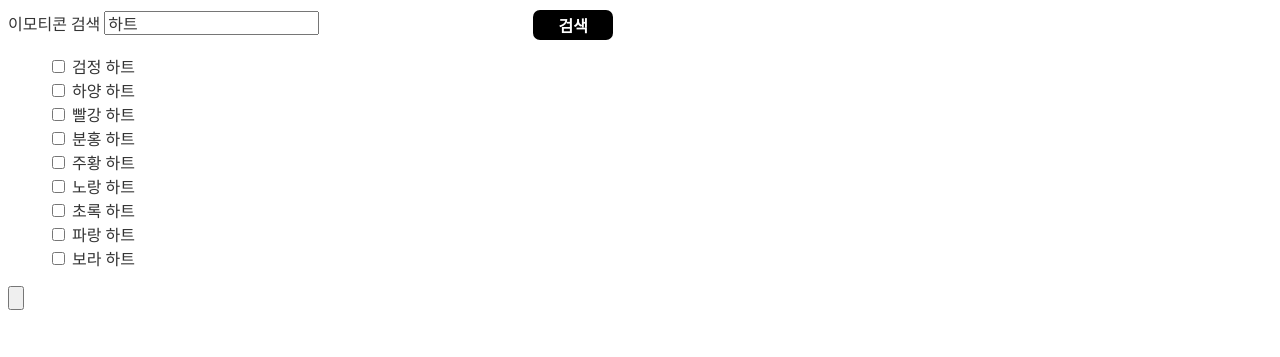
Repository: god5228god/Jsp
Page: WebApp03/WebContent/Test032.html
These files come from the project's save history. The page is drawn as it stood at one moment and after the next save; the edit follows.
The browser window is 1280 px wide. The pictures show the whole page.

Above is the page before, as saved 2026-02-25 07:27:57.

### WebApp03/WebContent/Test032.html
<!DOCTYPE html>
<html>
<head>
<meta charset="UTF-8">
<title>Test032.html</title>
<style type="text/css">
		* {font-size: 16px; color: #333;}
	.btn{
			position: relative; top: 2px; left: 210px;
			width: 80px; height: 30px; font-weight: bold;
			border: none; border-radius: 7px;
			background-color: #000; color: #fff;

		}
	li{list-style: none;}
	.btn:hover{ border: 2px solid #000; color: #000; background-color: #fff;}
	a{font-size: 16px; color: #333; cursor: pointer; text-decoration: none;}
	a:hover{color:#0f77ff;}

</style>
<script type="text/javascript">
	function searchIcon(icon, name)
	{
		window.opener.document.getElementById("emoji").value = name;

		window.opener.document.getElementById("textContent").textContent += " "+icon;

		window.close();

	}
</script>
</head>
<body>
	<div>
		이모티콘 검색
		<input type="text" value="하트"  />
		<input type="button" value="검색" class="btn" /><br>


		<form>
			<ul>
				<li>
					<input type="checkbox" name="icon" id="li1"/>
					<label for="li1">
						<a href="javascript:searchIcon('♥','검정 하트')">검정 하트</a>
					</label>
				</li>
				<li>
					<input type="checkbox" name="icon" id="li2"/>
					<label for="li2">
						<a href="javascript:searchIcon('♡','하양 하트 ')">하양 하트</a>
					</label>
				</li>
				<li>
					<input type="checkbox" name="icon" id="li3"/>
					<label for="li3">
						<a href="javascript:searchIcon('❤️','빨강 하트')">빨강 하트</a>
					</label>
				</li>
				<li>
					<input type="checkbox" name="icon" id="li4"/>
					<label for="li4">
						<a href="javascript:searchIcon('🩷','분홍 하트')">분홍 하트</a>
					</label>
				</li>
				<li>
					<input type="checkbox" name="icon" id="li5"/>
					<label for="li5">
						<a href="javascript:searchIcon('🧡','주황 하트')">주황 하트</a>
					</label>
				</li>
				<li>
					<input type="checkbox" name="icon" id="li6"/>
					<label for="li6">
						<a href="javascript:searchIcon('💛','노랑 하트')">노랑 하트</a>
					</label>
				</li>
				<li>
					<input type="checkbox" name="icon" id="li7"/>
					<label for="li7">
						<a href="javascript:searchIcon('💚','초록 하트')">초록 하트</a>
					</label>
				</li>
				<li>
					<input type="checkbox" name="icon" id="li8"/>
					<label for="li8">
						<a href="javascript:searchIcon('💙','파랑 하트')">파랑 하트</a>
					</label>
				</li>
				<li>
					<input type="checkbox" name="icon" id="li9"/>
					<label for="li0">
						<a href="javascript:searchIcon('💜','보라 하트')">보라 하트</a>
					</label>
				</li>

			</ul>
			<input type="button" vale="이모티콘 추가"/>
		</form>


	</div>
</body>
</html>

After the next save:
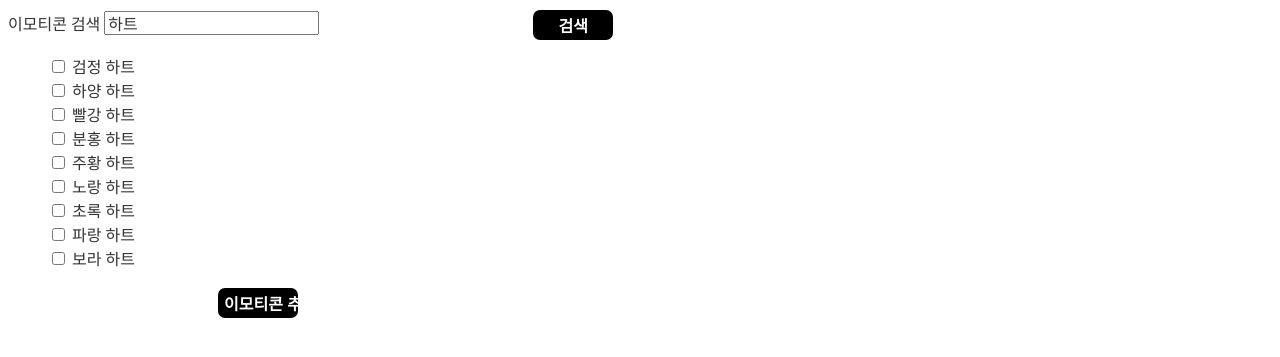
Saved 10 s later.
--- a/WebApp03/WebContent/Test032.html
+++ b/WebApp03/WebContent/Test032.html
@@ -95,7 +95,7 @@
 				</li>
 
 			</ul>
-			<input type="button" vale="이모티콘 추가"/>
+			<input type="button" value="이모티콘 추가" class="btn"/>
 		</form>
 
 
